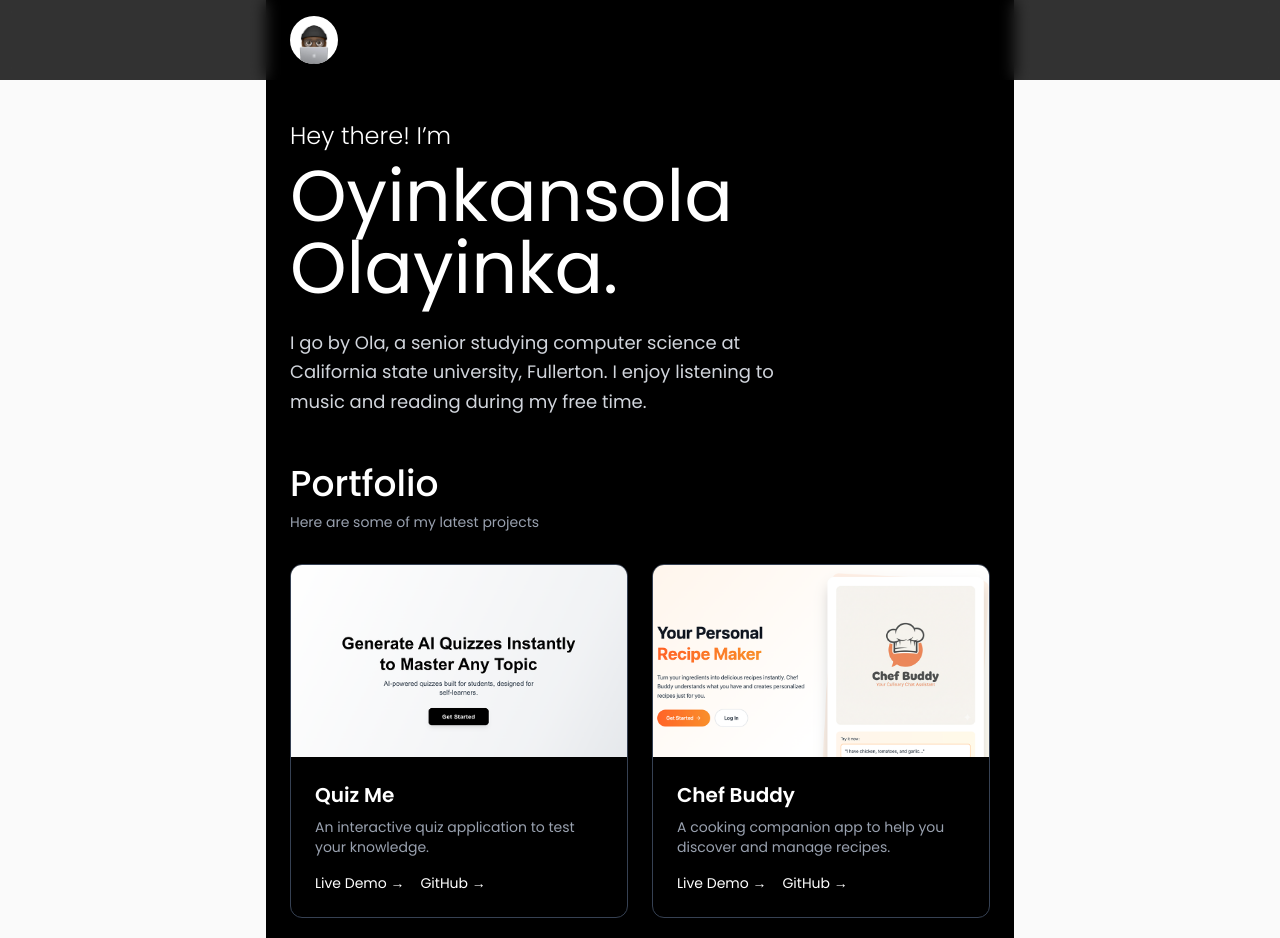
Repository: olasores/olasores-portfolio
Page: /
The author's editor kept a copy of each file at every save. The page is drawn from the files as they stood at one save, then again after the next save.
The browser window is 1280 px wide. The pictures show the whole page.
The project was rebuilt for these pictures with package versions that can differ from the ones it lists, and the page was loaded fresh each time. The framework's server and built-in components were replaced by stand-ins that run in the browser. Also part of the build but not shown: next.config.ts.

Above is the page before, as saved 2025-11-11 13:09:05.

### app/layout.tsx
import type { Metadata } from "next";
import { Poppins } from "next/font/google";
import "./globals.css";
import Navbar from "./components/Navbar";

const poppins = Poppins({
  variable: "--font-poppins",
  weight: ["300", "400", "500", "600", "700"],
  subsets: ["latin"],
});

export const metadata: Metadata = {
  title: "Create Next App",
  description: "Generated by create next app",
  icons: {
    icon: "/assets/olaimg2.webp",
  },
};

export default function RootLayout({
  children,
}: Readonly<{
  children: React.ReactNode;
}>) {
  return (
    <html lang="en">
      <body
        className={`${poppins.variable} antialiased`}
      >
        <Navbar />
        {children}
      </body>
    </html>
  );
}

### app/page.tsx
import HomeSection from "./components/HomeSection";

export default function Home() {
  return (

    <div className="flex min-h-screen items-center justify-center bg-zinc-50 font-sans dark:bg-black top-20">
      <HomeSection />

    </div>
  );
}

### app/globals.css
@import "tailwindcss";

* {
  font-family: 'Poppins', sans-serif;
}

:root {
  --background: #ffffff;
  --foreground: #171717;
}

@media (prefers-color-scheme: dark) {
  :root {
    --background: #0a0a0a;
    --foreground: #ededed;
  }
}

body {
  background: var(--background);
  color: var(--foreground);
}

### app/components/Navbar.tsx
export default function Navbar() {
    return (
        <nav className="fixed top-0 left-0 right-0 bg-black/80 backdrop-blur-sm px-6 py-4 z-50 flex justify-center">
            <div className="max-w-[700px] w-full flex items-center justify-between">
                {/* Logo */}
                <div className="relative w-12 h-12 rounded-full bg-white overflow-hidden flex items-center justify-center">
                    <img
                        src="/assets/olaimg2.webp"
                        alt="Oyinkansola Olayinka Logo"
                        className="w-full h-full object-cover"
                    />
                </div>

                {/* Links */}
                {/* <div className="flex gap-8 text-white">
                    <a href="#" className="hover:text-gray-400 transition">
                        Github ↗
                    </a>
                    <a href="#" className="hover:text-gray-400 transition">
                        linkedin ↗
                    </a>
                    <a href="#" className="hover:text-gray-400 transition">
                        Resume ↗
                    </a>
                </div> */}
            </div>
        </nav>
    );
}

### app/components/HomeSection.tsx
import Portfolio from "./Portfolio";
export default function HomeSection() {
    return (
        <div className="flex min-h-screen justify-center bg-black font-sans dark:bg-black px-6 py-5 pt-10 md:pt-30">
            <div className="max-w-[700px] w-full flex flex-col gap-12">
                {/* Text content */}
                <div className="flex flex-col gap-6 items-center md:items-start">
                    <div>
                        <h2 className="text-xl md:text-2xl font-light text-white mb-2">
                            Hey there! I&rsquo;m
                        </h2>
                        <h1 className="text-5xl md:text-7xl  text-white">
                            Oyinkansola Olayinka.
                        </h1>
                    </div>

                    <p className="text-base md:text-lg text-gray-300 leading-relaxed max-w-lg">
                        I go by Ola, a senior studying computer science at California state university, Fullerton. I enjoy listening to music and reading during my free time.
                    </p>

                    {/* Links */}
                    {/* <div className="flex gap-6 text-lg md:text-xl text-white">
                        <a href="#" className="hover:text-gray-400 transition">
                            Github ↗
                        </a>
                        <a href="#" className="hover:text-gray-400 transition">
                            linkedin ↗
                        </a>
                        <a href="#" className="hover:text-gray-400 transition">
                            Resume ↗
                        </a>
                    </div> */}

                </div>
                <Portfolio />

            </div>
        </div>
    );
}

### app/components/Portfolio.tsx
export default function Portfolio() {
    return (
        <div className="flex justify-center bg-black font-sans dark:bg-black ">
            <div className="max-w-[700px] w-full flex flex-col gap-8">
                {/* Section Title */}
                <div>
                    <h2 className="text-3xl md:text-4xl font-medium text-white mb-2">
                        Portfolio
                    </h2>
                    <p className="text-gray-400 text-sm">
                        Here are some of my latest projects
                    </p>
                </div>

                {/* Projects Grid */}
                <div className="grid grid-cols-1 md:grid-cols-2 gap-6">
                    {/* Quiz Me Project */}
                    <div className="border border-gray-700 rounded-xl overflow-hidden hover:border-gray-500 transition flex flex-col">
                        {/* Project Image */}
                        <div className="w-full h-48 bg-gray-800 overflow-hidden">
                            <img
                                src="/assets/quizzy.png"
                                alt="Quiz Me Project"
                                className="w-full h-full object-cover"
                            />
                        </div>

                        {/* Project Details */}
                        <div className="p-6 flex flex-col gap-4 flex-1">
                            <div>
                                <h3 className="text-xl font-semibold text-white mb-2">
                                    Quiz Me
                                </h3>
                                <p className="text-gray-400 text-sm">
                                    An interactive quiz application to test your knowledge.
                                </p>
                            </div>

                            {/* Links */}
                            <div className="flex gap-4 text-sm mt-auto">
                                <a
                                    href="https://quiz-me-sandy.vercel.app/"
                                    target="_blank"
                                    rel="noopener noreferrer"
                                    className="text-white hover:text-gray-300 transition"
                                >
                                    Live Demo →
                                </a>
                                <a
                                    href="#"
                                    className="text-white hover:text-gray-300 transition"
                                >
                                    GitHub →
                                </a>
                            </div>
                        </div>
                    </div>

                    {/* Project Card 2 - Chef Buddy */}
                    <div className="border border-gray-700 rounded-xl overflow-hidden hover:border-gray-500 transition flex flex-col">
                        {/* Project Image */}
                        <div className="w-full h-48 bg-gray-800 overflow-hidden">
                            <img
                                src="/assets/chef.png"
                                alt="Chef Buddy Project"
                                className="w-full h-full object-cover"
                            />
                        </div>

                        {/* Project Details */}
                        <div className="p-6 flex flex-col gap-4 flex-1">
                            <div>
                                <h3 className="text-xl font-semibold text-white mb-2">
                                    Chef Buddy
                                </h3>
                                <p className="text-gray-400 text-sm">
                                    A cooking companion app to help you discover and manage recipes.
                                </p>
                            </div>

                            {/* Links */}
                            <div className="flex gap-4 text-sm mt-auto">
                                <a
                                    href="https://chef-buddy-rouge.vercel.app/"
                                    target="_blank"
                                    rel="noopener noreferrer"
                                    className="text-white hover:text-gray-300 transition"
                                >
                                    Live Demo →
                                </a>
                                <a
                                    href="#"
                                    className="text-white hover:text-gray-300 transition"
                                >
                                    GitHub →
                                </a>
                            </div>
                        </div>
                    </div>
                </div>
            </div>
        </div>
    );
}

After the next save:
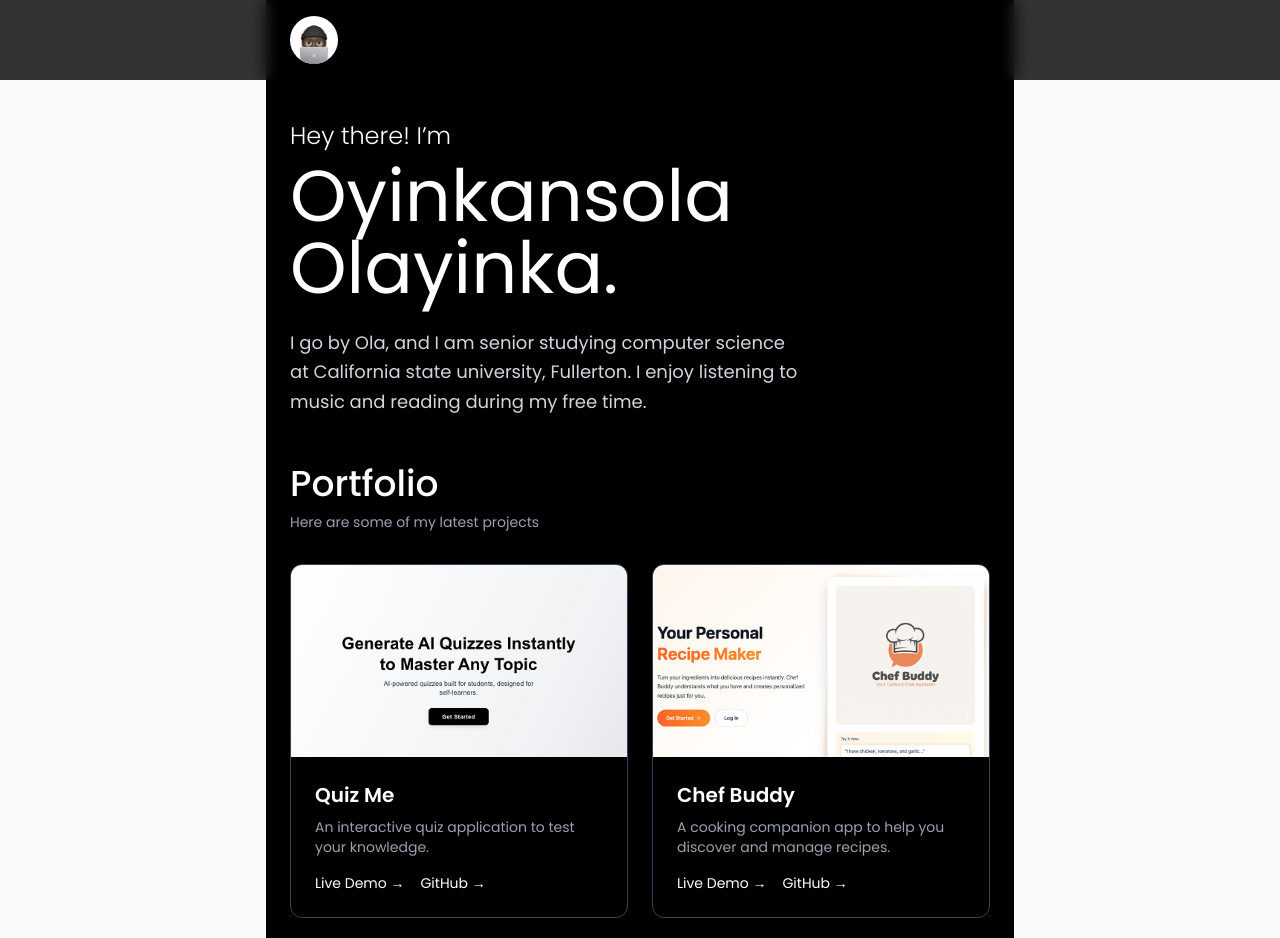
Saved 6 s later.
--- a/app/components/HomeSection.tsx
+++ b/app/components/HomeSection.tsx
@@ -15,7 +15,7 @@ export default function HomeSection() {
                     </div>
 
                     <p className="text-base md:text-lg text-gray-300 leading-relaxed max-w-lg">
-                        I go by Ola, a senior studying computer science at California state university, Fullerton. I enjoy listening to music and reading during my free time.
+                        I go by Ola, and I am senior studying computer science at California state university, Fullerton. I enjoy listening to music and reading during my free time.
                     </p>
 
                     {/* Links */}
